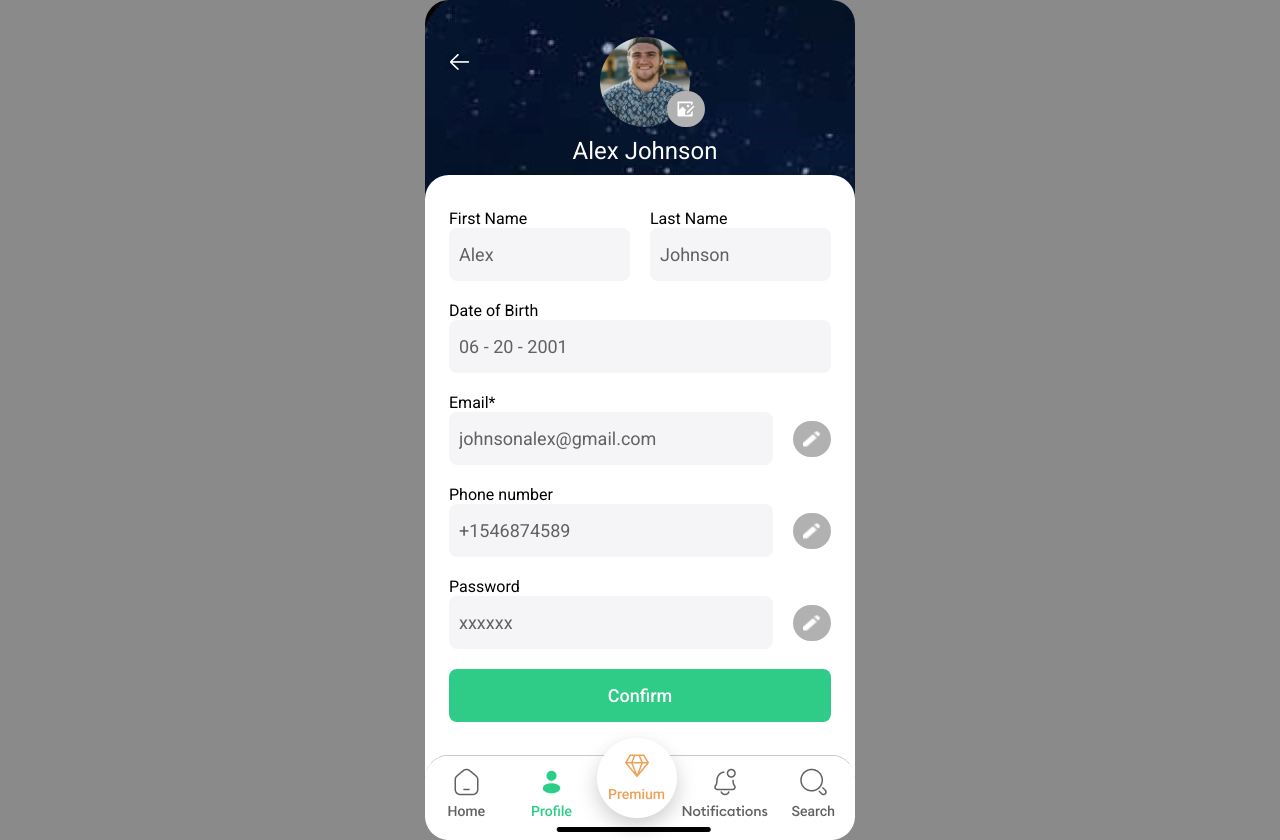
Repository: AytacSafarova/Task-figma-ui
Page: index.html
The author's editor kept a copy of each file at every save. The page is drawn from the files as they stood at one save, then again after a run of saves.
The browser window is 1280 px wide. The pictures show the whole page.

Above is the page before, as saved 2023-02-25 19:53:31.

After the next 2 saves:
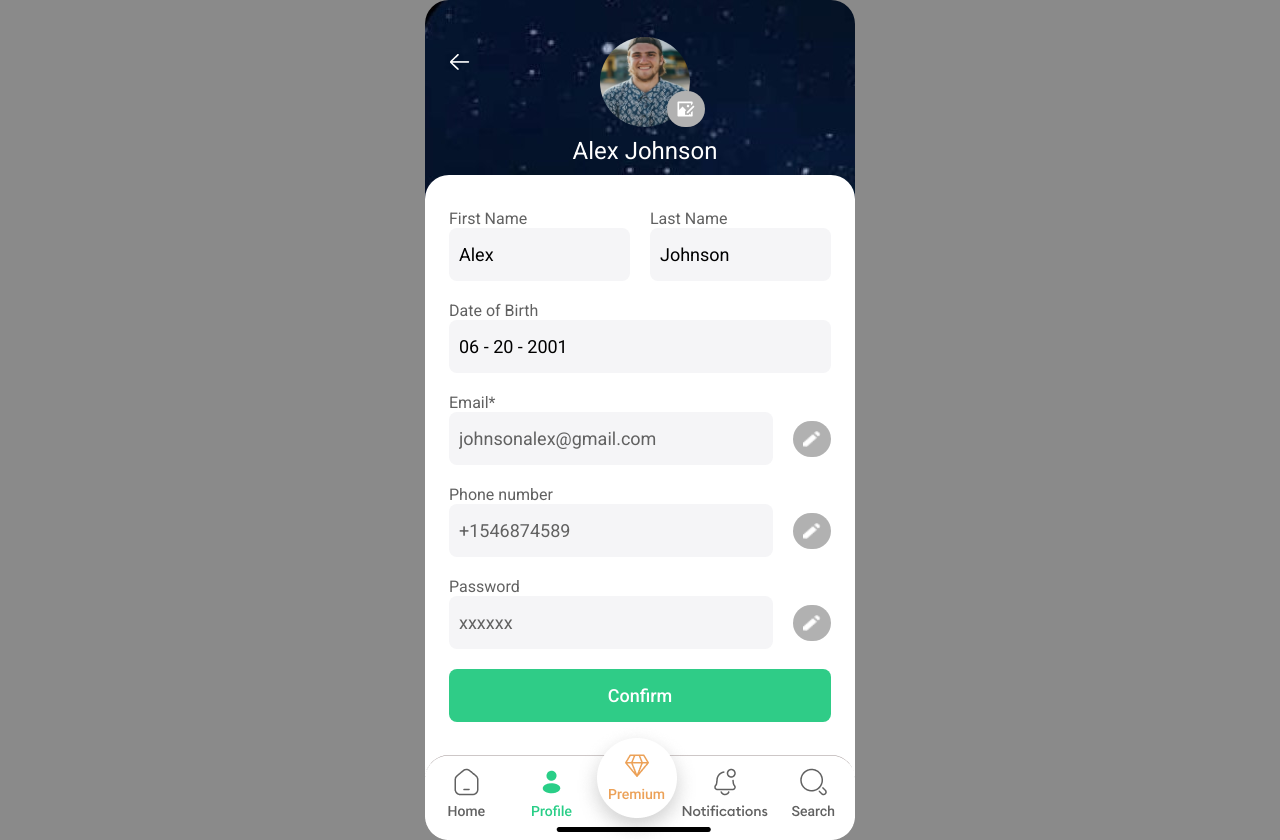
The 2 saves are shown as one change because they came seconds apart.
The last was saved 7 s later.
--- a/index.css
+++ b/index.css
@@ -104,7 +104,10 @@ input {
   ;
   font-size: 18px;
 }
-.bla
+.blackFont{
+    color: #000000
+    ;
+}
 label {
   display: block;
   color: #616161;
